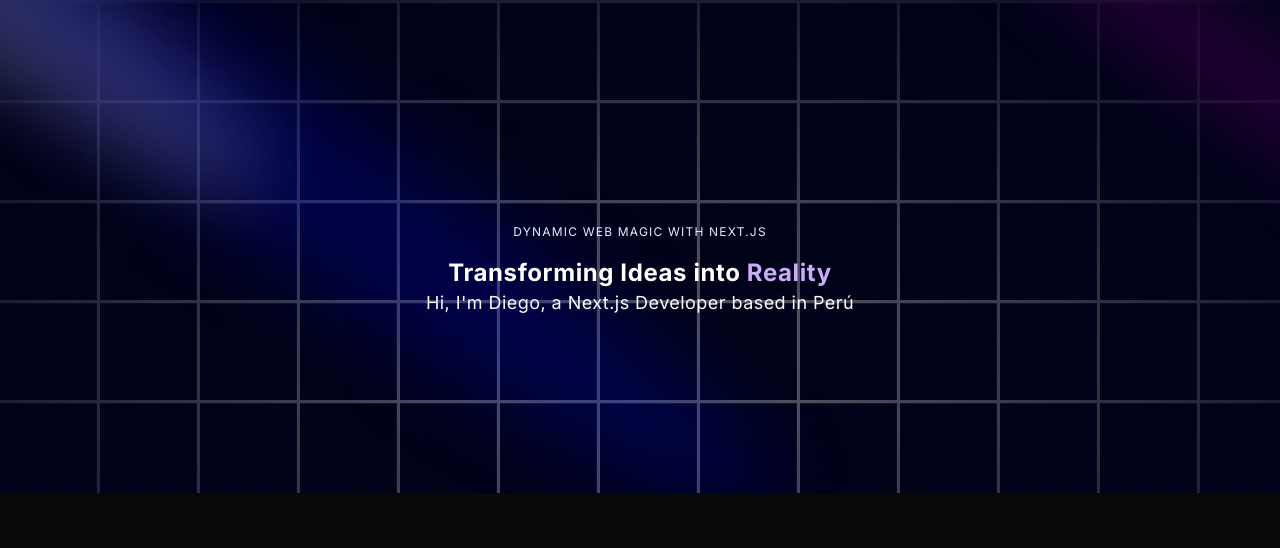
Repository: drsamame/portfolio.next
Page: /
An editor plug-in stored every save of this project. The page is shown before and after the next save, followed by the edit.
The browser window is 1280 px wide. The pictures show the whole page.
The project was rebuilt for these pictures with package versions that can differ from the ones it lists, and the page was loaded fresh each time. The framework's server and built-in components were replaced by stand-ins that run in the browser. Also part of the build but not shown: next.config.mjs.

Above is the page before, as saved 2024-07-02 16:48:28.

### app/layout.tsx
import type { Metadata } from 'next';
import { Inter } from 'next/font/google';
import './globals.css';
import { ThemeProvider } from './provider';

const inter = Inter({ subsets: ['latin'] });

export const metadata: Metadata = {
	title: "Diego's Portfolio",
	description: 'Modern & Minimalist JS Mastery Portfolio',
};

export default function RootLayout({
	children,
}: Readonly<{
	children: React.ReactNode;
}>) {
	return (
		<html lang="en">
			<body className={inter.className}>
				<ThemeProvider
					attribute="class"
					defaultTheme="dark"
					enableSystem
					disableTransitionOnChange
				>
					{children}
				</ThemeProvider>
			</body>
		</html>
	);
}

### app/page.tsx
import Hero from "@/components/Hero";


export default function Home() {
  return (
    <main className="relative bg-black-100 flex justify-center items-center flex-col overflow-hidden mx-auto sm:px-10 px-5">
      <div className="max-w-7xl w-full">
        <Hero />
      </div>
    </main>
  );
}

### components/Hero.tsx
import React from 'react';
import { Spotlight } from '@/components/ui/Spotlight';
import { TextGenerateEffect } from './ui/TextGenerateEffect';

function Hero() {
	return (
		<div className="pb-20 pt-36">
			<div>
				{' '}
				<Spotlight
					className="-top-40 -left-10 md:-left-32 md:-top-20p h-screen"
					fill="white"
				/>
				<Spotlight
					className="top-10 left-full h-[80vh] w-[50vw]"
					fill="purple"
				/>
				<Spotlight className="top-28 left-80 h-[80-vh] w-[50vw]" fill="blue" />
			</div>
			<div className="h-screen w-full dark:bg-black-100 bg-white  dark:bg-grid-white/[0.3] bg-grid-black/[0.2] flex items-center justify-center absolute left-0 top-0">
				<div className="absolute pointer-events-none inset-0 flex items-center justify-center dark:bg-black-100 bg-white [mask-image:radial-gradient(ellipse_at_center,transparent_20%,black)]"></div>
			</div>
			<div className="flex justify-center relative my-20 z-10">
				<div className="max-w-[89vw] md:max-w-2xl lg:max-w-[60vw] flex flex-col items-center justify-center">
					<h2 className="uppercase tracking-widest text-xs text-center text-blue-100 max-w-80">
						DYNAMIC WEB MAGIC WITH NEXT.JS
					</h2>
					<TextGenerateEffect
						className="text-center text-[40px] md:text-5xl lg:text-6xl"
						words={'Transforming Ideas into Reality'}
					></TextGenerateEffect>
					<p className='text-center md:tracking-wide mb-4 text-sm md:text-lg'>Hi, I&apos;m Diego, a Next.js Developer based in Perú</p>
				</div>
			</div>
		</div>
	);
}

export default Hero;

### components/ui/Spotlight.tsx
import React from "react";
import { cn } from "@/utils/cn";

type SpotlightProps = {
  className?: string;
  fill?: string;
};

export const Spotlight = ({ className, fill }: SpotlightProps) => {
  return (
    <svg
      className={cn(
        "animate-spotlight pointer-events-none absolute z-[1]  h-[169%] w-[138%] lg:w-[84%] opacity-0",
        className
      )}
      xmlns="http://www.w3.org/2000/svg"
      viewBox="0 0 3787 2842"
      fill="none"
    >
      <g filter="url(#filter)">
        <ellipse
          cx="1924.71"
          cy="273.501"
          rx="1924.71"
          ry="273.501"
          transform="matrix(-0.822377 -0.568943 -0.568943 0.822377 3631.88 2291.09)"
          fill={fill || "white"}
          fillOpacity="0.21"
        ></ellipse>
      </g>
      <defs>
        <filter
          id="filter"
          x="0.860352"
          y="0.838989"
          width="3785.16"
          height="2840.26"
          filterUnits="userSpaceOnUse"
          colorInterpolationFilters="sRGB"
        >
          <feFlood floodOpacity="0" result="BackgroundImageFix"></feFlood>
          <feBlend
            mode="normal"
            in="SourceGraphic"
            in2="BackgroundImageFix"
            result="shape"
          ></feBlend>
          <feGaussianBlur
            stdDeviation="151"
            result="effect1_foregroundBlur_1065_8"
          ></feGaussianBlur>
        </filter>
      </defs>
    </svg>
  );
};

### components/ui/TextGenerateEffect.tsx
"use client";
import { useEffect } from "react";
import { motion, stagger, useAnimate } from "framer-motion";
import { cn } from "@/utils/cn";

export const TextGenerateEffect = ({
  words,
  className,
}: {
  words: string;
  className?: string;
}) => {
  const [scope, animate] = useAnimate();
  let wordsArray = words.split(" ");
  useEffect(() => {
    animate(
      "span",
      {
        opacity: 1,
      },
      {
        duration: 2,
        delay: stagger(0.2),
      }
    );
  }, [scope.current]);

  const renderWords = () => {
    return (
      <motion.div ref={scope}>
        {wordsArray.map((word, idx) => {
          return (
            <motion.span
              key={word + idx}
              className={`${ idx > 2 ? 'text-purple': 'dark:text-white text-black'}  opacity-0`}
            >
              {word}{" "}
            </motion.span>
          );
        })}
      </motion.div>
    );
  };

  return (
    <div className={cn("font-bold", className)}>
      <div className="mt-4">
        <div className=" dark:text-white text-black text-2xl leading-snug tracking-wide">
          {renderWords()}
        </div>
      </div>
    </div>
  );
};

Loaded but not shown: app/globals.css (common file); app/provider.tsx (common file); utils/cn.ts (common file); tailwind.config.ts (common file)

After the next save:
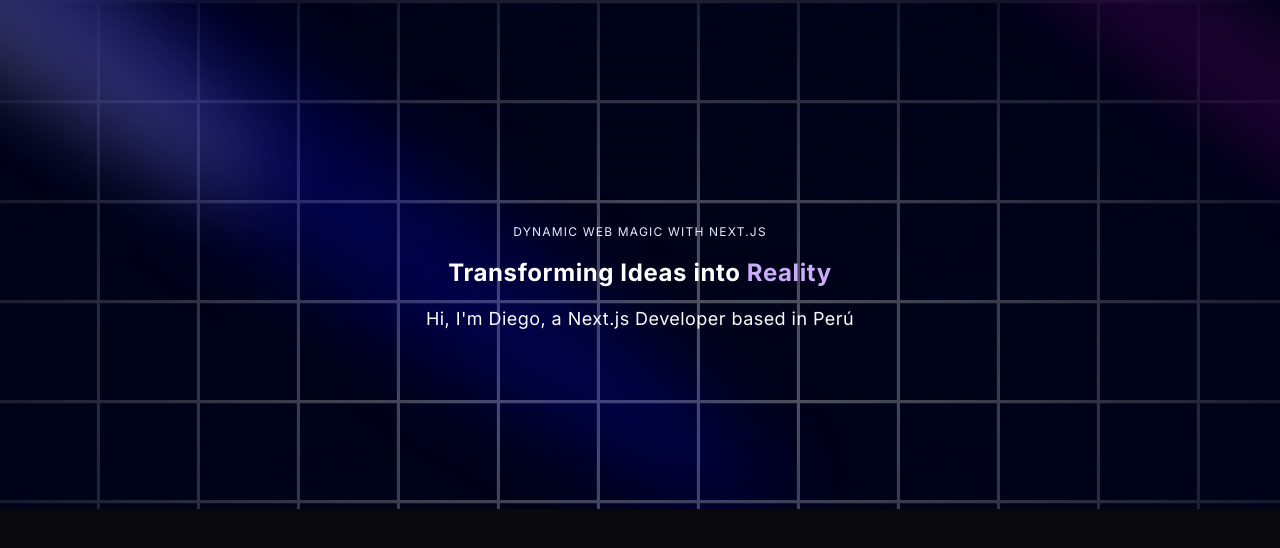
Saved 12 s later.
--- a/components/ui/TextGenerateEffect.tsx
+++ b/components/ui/TextGenerateEffect.tsx
@@ -44,7 +44,7 @@
 
   return (
     <div className={cn("font-bold", className)}>
-      <div className="mt-4">
+      <div className="my-4">
         <div className=" dark:text-white text-black text-2xl leading-snug tracking-wide">
           {renderWords()}
         </div>
